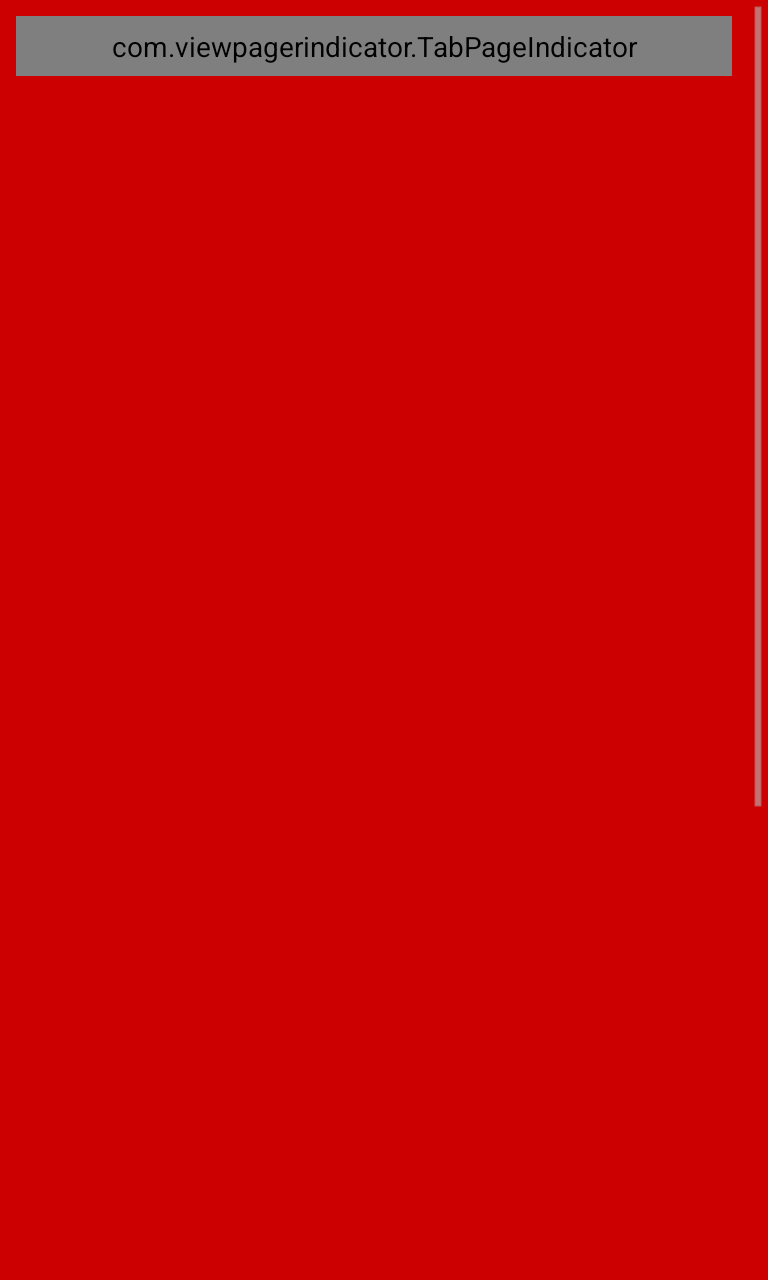
Repository: erwasambo/greendevelopment
Layout: GreenDevelopment/NASCuisine/res/layout/layout_patients_fragment.xml
An editor plug-in stored every save of this project. The layout is shown before and after the next save, followed by the edit.
Pictures or frames that could not be fetched are drawn as grey boxes. It is drawn on a 768 x 1280 px phone screen (xhdpi) without system bars, with theme AppTheme; the app's code is not run. Lists and similar views that code fills are empty.

Above is the layout before, as saved 2013-12-04 08:35:30.

### GreenDevelopment/NASCuisine/res/layout/layout_patients_fragment.xml
<?xml version="1.0" encoding="utf-8"?>
	<ScrollView xmlns:android="http://schemas.android.com/apk/res/android"
	    xmlns:tools="http://schemas.android.com/tools"
        android:id="@+id/ptr_scrollview"
        android:layout_width="match_parent"
        android:layout_height="match_parent"
        android:padding="8dp"
        android:scrollbarStyle="outsideInset"
         android:background="@color/purple">

	    <RelativeLayout

            android:layout_height="1000dp"
            android:layout_width="match_parent"
            android:orientation="vertical"
            android:background="@color/purple">


		    <com.viewpagerindicator.TabPageIndicator
		        android:id="@+id/indicator"
		        android:layout_height="30dp"
		        android:layout_width="fill_parent"
		        android:color="@color/black"
		        />
		    <android.support.v4.view.ViewPager
		        android:id="@+id/pager"
		        android:layout_width="fill_parent"
		        android:layout_height="0dp"
		        android:layout_weight="1"
		        android:background="@color/white"
		        />

             <!-- Create and load listview
             <com.nas.cuisine.StaggeredGridView
		        android:id="@+id/staggeredGridView1"
		         xmlns:staggered="http://schemas.android.com/apk/res-auto"
		        staggered:numColumns="2"
		        staggered:drawSelectorOnTop="true"
		        android:layout_width="match_parent"
		        android:layout_height="match_parent" />   -->

		    <ListView
		        android:id="@+id/listView1"
		        android:layout_width="match_parent"
		        android:layout_height="wrap_content" >
		    </ListView>

        </RelativeLayout>
    </ScrollView>

### GreenDevelopment/NASCuisine/res/values/colors.xml
<?xml version="1.0" encoding="utf-8"?>

<!--
  ~ Copyright 2013 Chris Banes
  ~
  ~ Licensed under the Apache License, Version 2.0 (the "License");
  ~ you may not use this file except in compliance with the License.
  ~ You may obtain a copy of the License at
  ~
  ~     http://www.apache.org/licenses/LICENSE-2.0
  ~
  ~ Unless required by applicable law or agreed to in writing, software
  ~ distributed under the License is distributed on an "AS IS" BASIS,
  ~ WITHOUT WARRANTIES OR CONDITIONS OF ANY KIND, either express or implied.
  ~ See the License for the specific language governing permissions and
  ~ limitations under the License.
  <color name="black">#FF000000</color>
  -->

<resources>
     <color name="white">#FFFFFF</color>
	 <color name="canvas">#CC0000</color>
		<color name="bar">#CC0000</color>
     <color name="black">#FF000000</color>
     <color name="purple">#CC0000</color>
    <color name="holo_dark_green">@color/purple</color>
	<color name="default_progress_bar_color">@color/white</color>
	 <color name="abs__background_holo_dark">@color/purple</color>
    <color name="abs__background_holo_light">@color/purple</color>
    <color name="abs__bright_foreground_holo_dark">@color/purple</color>
    <color name="abs__bright_foreground_holo_light">@color/purple</color>
    <color name="abs__bright_foreground_disabled_holo_dark">@color/purple</color>
    <color name="abs__bright_foreground_disabled_holo_light">@color/purple</color>
</resources>

### GreenDevelopment/NASCuisine/res/values/strings.xml
<?xml version="1.0" encoding="utf-8"?>
<resources>

    <string name="app_name">NAS Cuisine</string>
     <string name="app_namelogin">NAS Cuisine - Log in</string>




    <string name="action_settings">Settings</string>
    <string name="activity_scrollview">ScrollView</string>
    <string name="activity_listview">ListView</string>
    <string name="activity_gridview">GridView</string>
    <string name="activity_webview">WebView</string>
    <string name="activity_fragment_tabs">Fragments + Tabs</string>
    <string name="activity_fragment_tabs_vp">Fragments + Tabs + ViewPager</string>
    <string name="pref_title_stick_container">Stick layer to</string>
    <string name="pref_title_show_shadow">Show shadow</string>
    <string name="pref_title_show_offset">Closed offset</string>
    <string name="open_button_container">Open</string>
    <string name="close_button_container">Close</string>
	<string name="title_activity_main">PayPal Access</string>
    <string name="title_activity_login">Login</string>
    <string name="btn_login">Login with PayPal</string>
    <string name="progress_loading_title">Loading&#8320;</string>
    <string name="progress_loading_msg">Login is possible in a few seconds</string>
    <string name="toast_login_ok">Logged in</string>
    <string name="toast_login_failed">Login failed</string>
    <string name="login_description">This enables the user to use his PayPal credentials to login. Thus he doesn\'t have to create yet another account and remember yet another password.</string>
	<string name="login_oauth">OAuth 2.0</string>
	<string name="login_openid">OpenID</string>

    <string name="swipe_label">Swipe!</string>
    <string name="swipe_left_label">Swipe left!</string>
    <string name="swipe_right_label">Swipe right!</string>
    <string name="swipe_up_label">Swipe up!</string>
    <string name="swipe_down_label">Swipe down!</string>

    <string name="label_right">Right</string>
    <string name="label_left">Left</string>
    <string name="label_middle">Middle</string>
    <string name="label_top">Top</string>
    <string name="label_bottom">Bottom</string>

    <string name="not_applicable">n/a</string>

    <string-array name="pref_list_titles">
        <item>@string/label_right</item>
        <item>@string/label_middle</item>
        <item>@string/label_left</item>
        <item>@string/label_top</item>
        <item>@string/label_bottom</item>
    </string-array>
    <string-array name="pref_list_values">
        <item>right</item>
        <item>middle</item>
        <item>left</item>
        <item>top</item>
        <item>bottom</item>
    </string-array>

    <string name="pref_go">Go!</string>

    <string name="no_media_warning">Storage Media not present</string>
    <string name="no_media_hint">Sharing the storage media with a PC can make it inaccessible</string>
    <string name="open_failed">Unable to open document</string>
    <string name="cancel">Cancel</string>
    <string name="search_backwards">Search backwards</string>
    <string name="search_forwards">Search forwards</string>
    <string name="search_document">Search document</string>
    <string name="picker_title">NAS Cuisine</string>
    <string name="outline_title">Table of Contents</string>
    <string name="enter_password">Enter Password</string>
    <string name="text_not_found">Text not found</string>
    <string name="searching_">Searching...</string>
    <string name="link_control">Link highlighting and enabling</string>
    <string name="no_further_occurences_found">No further occurences found</string>
    <string name="gen_pdf">Generate pdf</string>
    <string name="view_pdf">View pdf</string>
    <string name="title_activity_main">MainActivity</string>
    <string name="progress_title">Generateing pdf...</string>

    <string name="taliiafrica">Julisha</string>
	<string name="main">Julisha</string>
	<string name="weather">Check Weather</string>
	<string name="rescue">Emergency Rescue</string>
	<string name="exit">Exit</string>
	<string name="srtsail">Begin Sailing</string>
	<string name="stpsail">End Sailing</string>
	<string name="chkmap">Check Map</string>
	<string name="sets">Settings</string>
	<string name="vsltype">Vessel Type:</string>
	<string name="vid">Vessel Id:</string>
	<string name="vslname">Vessel Name:</string>
	<string name="wtrbody">Water Body:</string>
	<string name="desc">General Description:</string>
	<string name="sv">Save</string>
	<string name="lgout">Logout</string>
	<string name="sail">Sailing</string>
	<string name="myacc">My Account</string>
	<string name="date">Date:</string>
	<string name="time">Time:</string>
	<string name="initloc">Initial Location:</string>
	<string name="Destination">Destination:</string>
	<string name="onboard">Number Onboard:</string>
	<string name="act">Activity:</string>
	<string name="bgnSail">Begin Sailing</string>
	<string name="currLoc">Current Location:</string>
	<string name="endsail">End Sailing</string>
	<string name="prevloc">Previous Location</string>
	<string name="desc2">Image2</string>
	<string name="login">Login</string>
	<string name="email">Email:</string>
	<string name="password">Password:</string>
	<string name="newtojulisharegister">New to Julisha? Register here</string>
	<string name="registeracc">Register New Account</string>
	<string name="fullname">Full Name</string>
	<string name="logout">Logout</string>
	<string name="briefdesc">Brief Description:</string>
	<string name="safe">Safe</string>
	<string name="minor">Minor Problem</string>
	<string name="danger">Danger</string>
	<string name="xtremedanger">Extreme Danger</string>
	<string name="signup">Sign up</string>
	<string name="donthaveacc">Don\'t have an account yet? </string>
	<string name="forgotpwd">Forgot Password</string>
	<string name="firstname">First Name</string>
	<string name="othernames">Other Names</string>
	<string name="staffno">Staff Number</string>
	<string name="cnfpassword">Confirm Password</string>
	<string name="iagree">I agree to</string>
	<string name="termsofuse">terms ofuse</string>
	<string name="perosnstoserve">Please select persons to serve</string>
	<string name="patients">Patients</string>
	<string name="func">Function</string>
	<string name="hospstaff">Hospital Staff</string>
	<string name="admin">Admin</string>
	<string name="mealord">Meal Order</string>
	<string name="drystore">Dry Store</string>
	<string name="salessummary">Sales Summary</string>
	<string name="mealsum">Meals Summary</string>
	<string name="transf">Transfer Vouchers</string>
	<string name="delivbook">Delivery Book</string>
	<string name="laundbook">Laundry Book</string>
	<string name="stjoseph">St. Joseph\'s</string>
	<string name="stmary">St. Mary\'s</string>
	<string name="stanne">St. Anne\'s</string>
	<string name="olc">OLC</string>
	<string name="lourdel">Lourdel</string>
	<string name="mccauley">McCauley</string>
	<string name="renal">Renal Unit</string>
	<string name="administration">Administration</string>
	<string name="patname">Patient\'s Name</string>
	<string name="day">Day</string>
	<string name="diet">Diet</string>
	<string name="submit">Submit</string>
	<string name="preview">Preview</string>




</resources>

Loaded but not shown: GreenDevelopment/NASCuisine/res/values/styles.xml (common file); GreenDevelopment/NASCuisine/res/values-v11/styles.xml (common file); GreenDevelopment/NASCuisine/res/values-v14/styles.xml (common file)

After the next save:
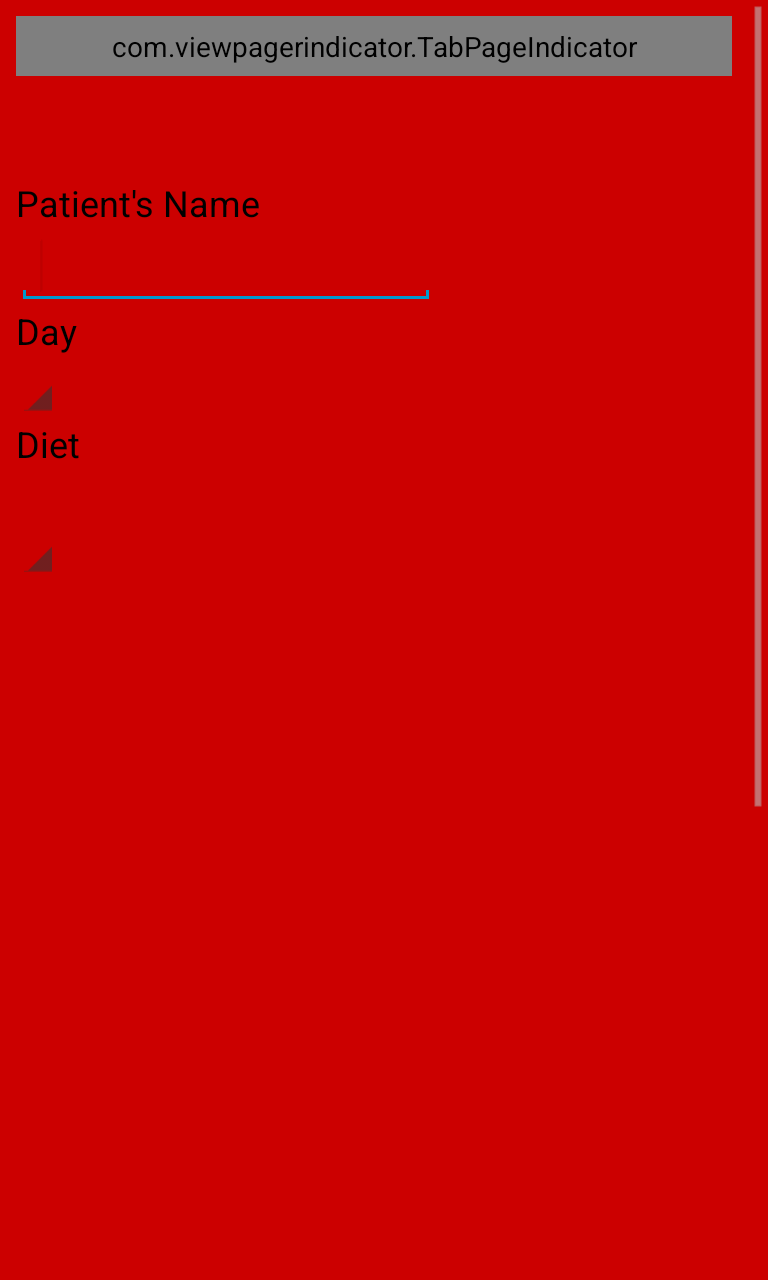
Saved 29 s later.
--- a/GreenDevelopment/NASCuisine/res/layout/layout_patients_fragment.xml
+++ b/GreenDevelopment/NASCuisine/res/layout/layout_patients_fragment.xml
@@ -39,11 +39,87 @@
 		        android:layout_width="match_parent"
 		        android:layout_height="match_parent" />   -->
 
+		    <TextView
+		        android:id="@+id/textView1"
+		        android:layout_width="wrap_content"
+		        android:layout_height="wrap_content"
+		        android:layout_alignParentLeft="true"
+		        android:layout_below="@+id/indicator"
+		        android:layout_marginTop="51dp"
+		        android:text="@string/patname"
+		        android:textAppearance="?android:attr/textAppearanceMedium" />
+
+		    <EditText
+		        android:id="@+id/editText1"
+		        android:layout_width="wrap_content"
+		        android:layout_height="wrap_content"
+		        android:layout_alignParentLeft="true"
+		        android:layout_below="@+id/textView1"
+		        android:ems="10"
+		        android:inputType="textPersonName" >
+
+		        <requestFocus />
+		    </EditText>
+
+		    <TextView
+		        android:id="@+id/textView2"
+		        android:layout_width="wrap_content"
+		        android:layout_height="wrap_content"
+		        android:layout_alignParentLeft="true"
+		        android:layout_below="@+id/editText1"
+		        android:text="@string/day"
+		        android:textAppearance="?android:attr/textAppearanceMedium" />
+
+		    <Spinner
+		        android:id="@+id/dayspinner"
+		        android:layout_width="wrap_content"
+		        android:layout_height="wrap_content"
+		        android:layout_alignParentLeft="true"
+		        android:layout_below="@+id/textView2" />
+
 		    <ListView
 		        android:id="@+id/listView1"
 		        android:layout_width="match_parent"
-		        android:layout_height="wrap_content" >
+		        android:layout_height="wrap_content"
+		        android:layout_alignParentLeft="true"
+		        android:layout_below="@+id/dayspinner"
+		        android:layout_marginTop="102dp" >
 		    </ListView>
+
+		    <TextView
+		        android:id="@+id/textView3"
+		        android:layout_width="wrap_content"
+		        android:layout_height="wrap_content"
+		        android:layout_alignParentLeft="true"
+		        android:layout_below="@+id/dayspinner"
+		        android:text="@string/diet"
+		        android:textAppearance="?android:attr/textAppearanceMedium" />
+
+		    <Spinner
+		        android:id="@+id/spinner1"
+		        android:layout_width="wrap_content"
+		        android:layout_height="wrap_content"
+		        android:layout_alignParentLeft="true"
+		        android:layout_below="@+id/textView3"
+		        android:layout_marginTop="24dp" />
+
+		    <Button
+		        android:id="@+id/button1"
+		        android:layout_width="wrap_content"
+		        android:layout_height="wrap_content"
+		        android:layout_alignParentBottom="true"
+		        android:layout_alignParentRight="true"
+		        android:layout_marginRight="19dp"
+		        android:text="@string/submit" />
+
+		    <Button
+		        android:id="@+id/button2"
+		        android:layout_width="wrap_content"
+		        android:layout_height="wrap_content"
+		        android:layout_alignParentBottom="true"
+		        android:layout_marginRight="29dp"
+		        android:layout_toLeftOf="@+id/button1"
+		        android:text="@string/preview" />
 
         </RelativeLayout>
     </ScrollView>
